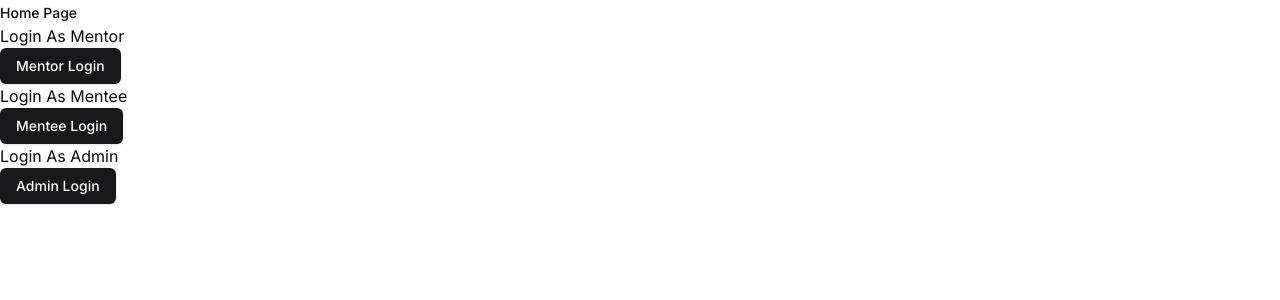
Repository: gauravbhindwar/mentorlink
Page: /
An editor plug-in stored every save of this project. The page is shown before and after the next save, followed by the edit.
The browser window is 1280 px wide. The pictures show the whole page.
The project was rebuilt for these pictures with package versions that can differ from the ones it lists, and the page was loaded fresh each time. The framework's server and built-in components were replaced by stand-ins that run in the browser. Also part of the build but not shown: next.config.js, next.config.ts.

Above is the page before, as saved 2024-11-06 12:28:53.

After the next save:
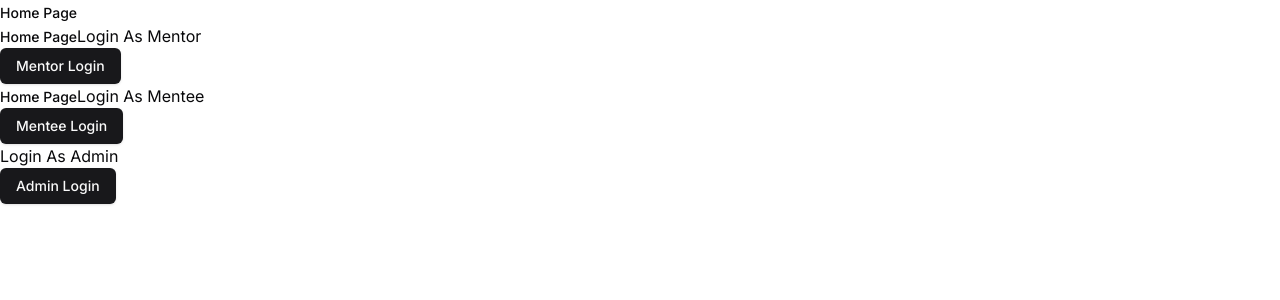
Saved 22 s later.
--- a/src/components/HomePage/HomePage.jsx
+++ b/src/components/HomePage/HomePage.jsx
@@ -8,12 +8,14 @@ const HomePage = () => {
             <Label>Home Page</Label>
 
             <div>
-                <div> Login As Mentor
+                <div>
+                    <Label>Home Page</Label>Login As Mentor
                 </div>
                 <Button>Mentor Login</Button>
             </div>
             <div>
-                <div> Login As Mentee
+                <div>
+                    <Label>Home Page</Label>Login As Mentee
                 </div>
                 <Button>Mentee Login</Button>
             </div>
